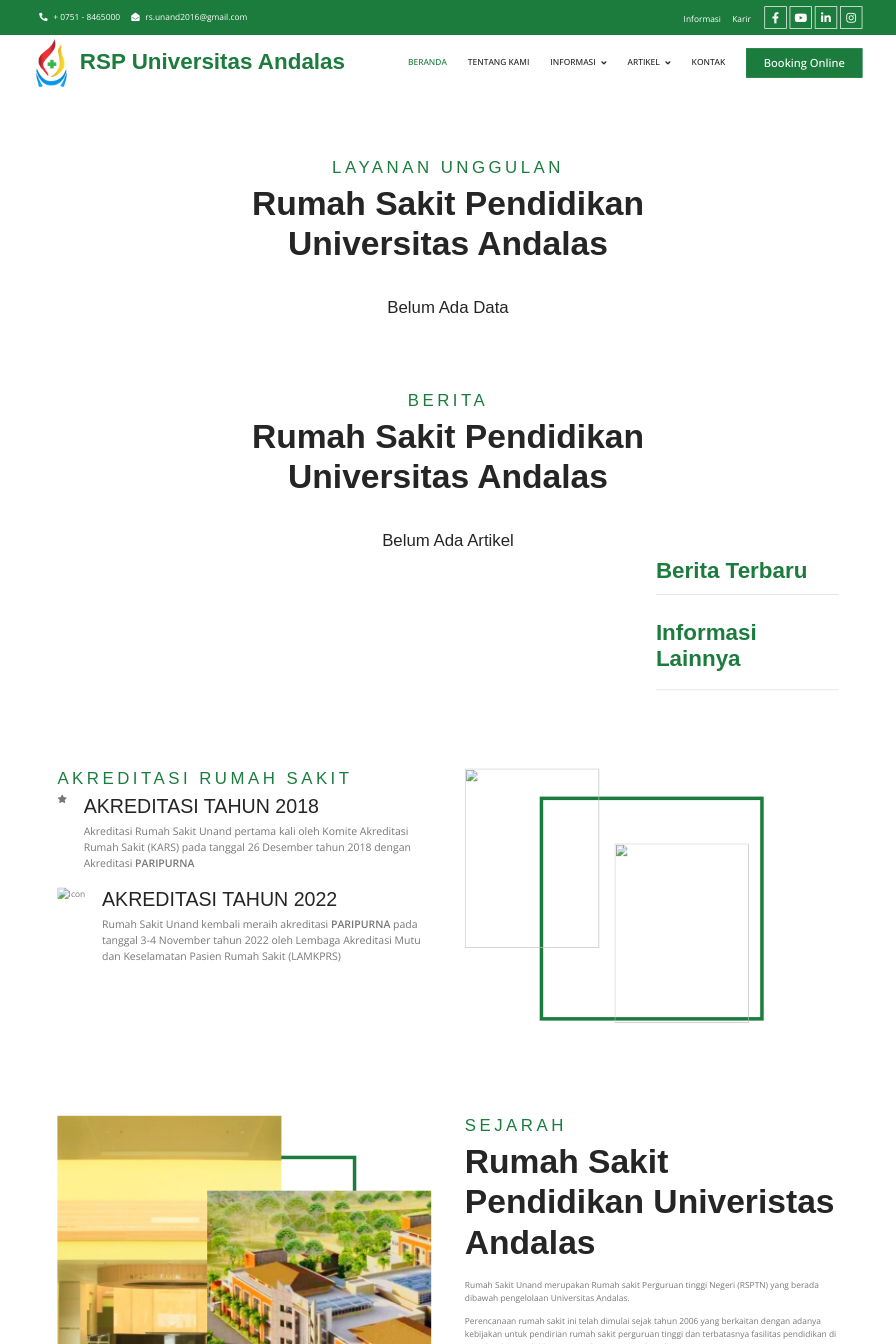
Repository: vivin-erialis/rsunand-site
Page: http://localhost/
An editor plug-in stored every save of this project. The page is shown before and after the next save, followed by the edit.
The browser window is 1280 px wide. The pictures show the part of the page from y = 0 to 1920 px (the page is 3111 px tall), at 70% of full size.
Some web fonts or font styles are not loaded; a fallback is used. Some web libraries are served in a nearby version. The page is served by the project's Laravel application, run on PHP 8.4 with Laravel 12. Queries for data that is not in the repository find no rows.

Above is the page before, as saved 2024-06-10 08:20:30.
Console error: TypeError: Cannot read properties of undefined (reading 'version')

After the next save:
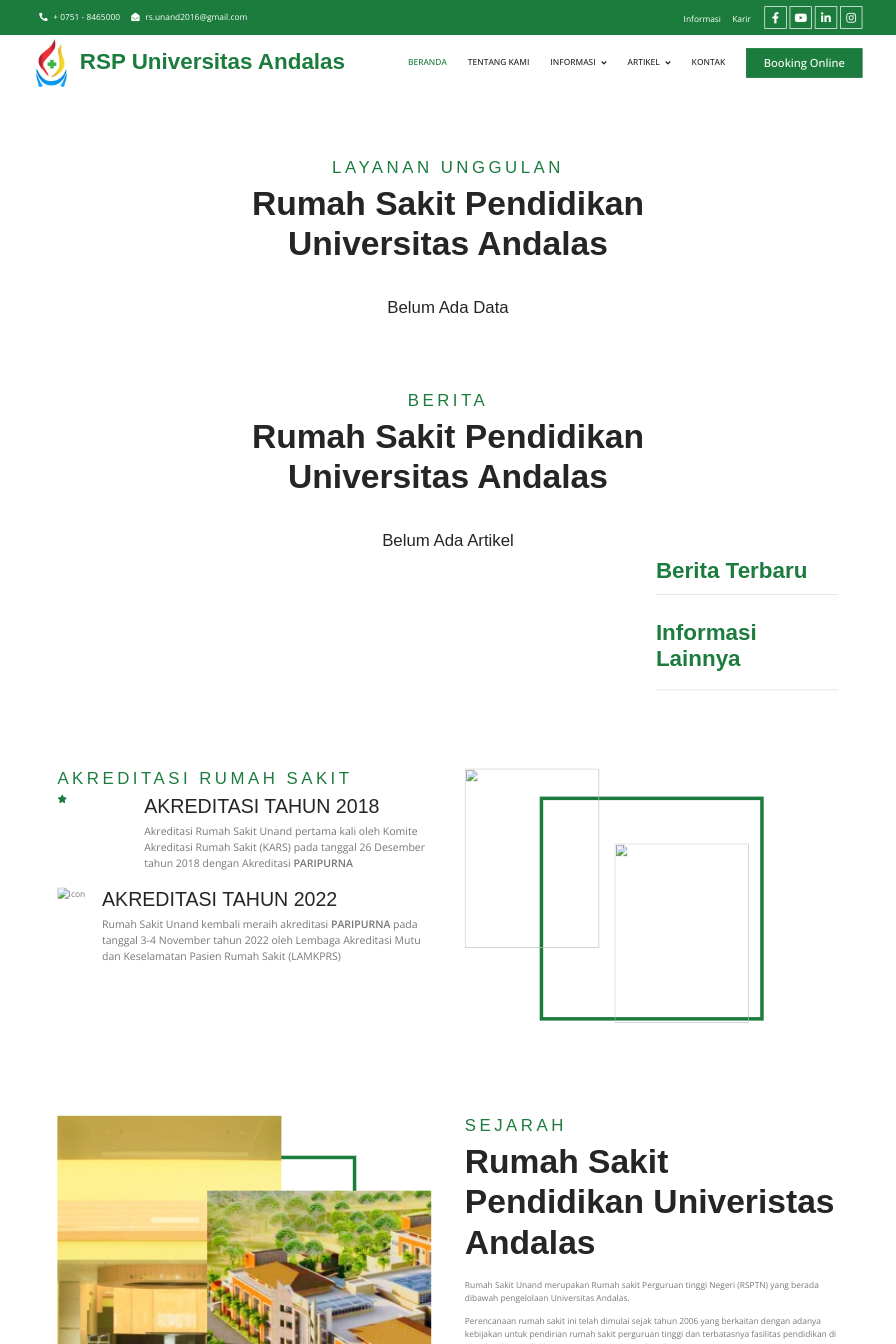
Saved 31 s later.
--- a/resources/views/Frontend/home.blade.php
+++ b/resources/views/Frontend/home.blade.php
@@ -267,7 +267,7 @@
                     <div class="row g-4">
                         <div class="col-12">
                             <div class="d-flex align-items-start">
-                                <i class="fa fa-star flex-shrink-0 fs-xl">
+                                <i class="fa fa-star flex-shrink-0" style="color: #1C7C3D; width:100px">
 
                                 </i>
                                 {{-- <img class="flex-shrink-0" src="img/icons/icon-2.png" alt="Icon"> --}}
